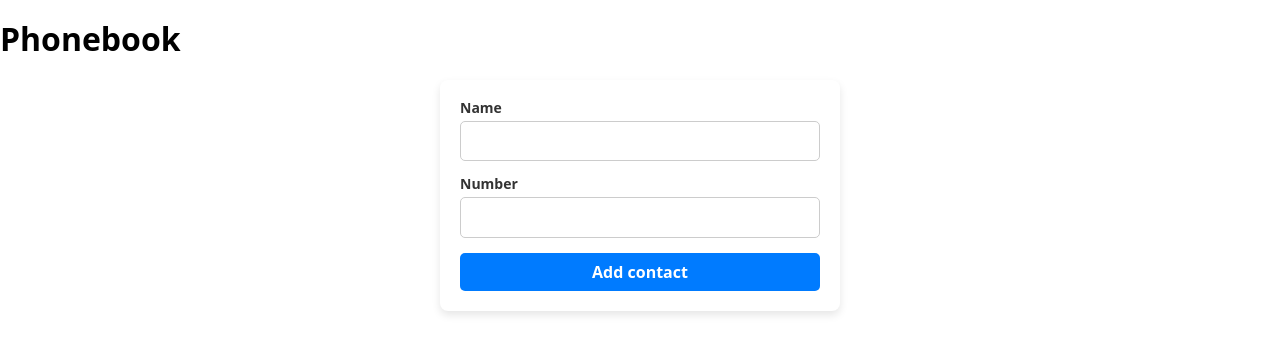
Repository: Evgeniya-Tishakova/goit-react-hw-03
Page: /
The author's editor kept a copy of each file at every save. The page is drawn from the files as they stood at one save, then again after the next save.
The browser window is 1280 px wide. The pictures show the whole page.
The project was rebuilt for these pictures with package versions that can differ from the ones it lists, and the page was loaded fresh each time. Also part of the build but not shown: vite.config.js, src/index.css, src/components/App/App.module.css, src/components/ContactList/ContactList.module.css, src/components/ContactList/ContactList.jsx.

Above is the page before, as saved 2025-03-07 20:58:12.

After the next save:
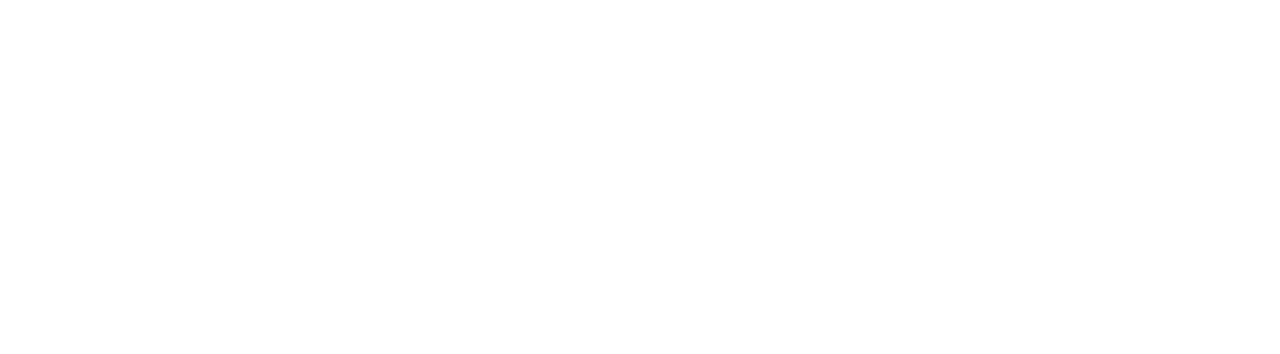
Console error: ReferenceError: nameFieldId is not defined
Saved 19 s later.
--- a/src/components/ContactForm/ContactForm.jsx
+++ b/src/components/ContactForm/ContactForm.jsx
@@ -19,10 +19,6 @@
     name: "",
     number: "",
   };
-
-  const FeedbackForm = () => {};
-  const nameFieldId = useId();
-  const numberFieldId = useId();
 
   const handleSubmit = (values, actions) => {
     actions.resetForm();

After the save that followed:
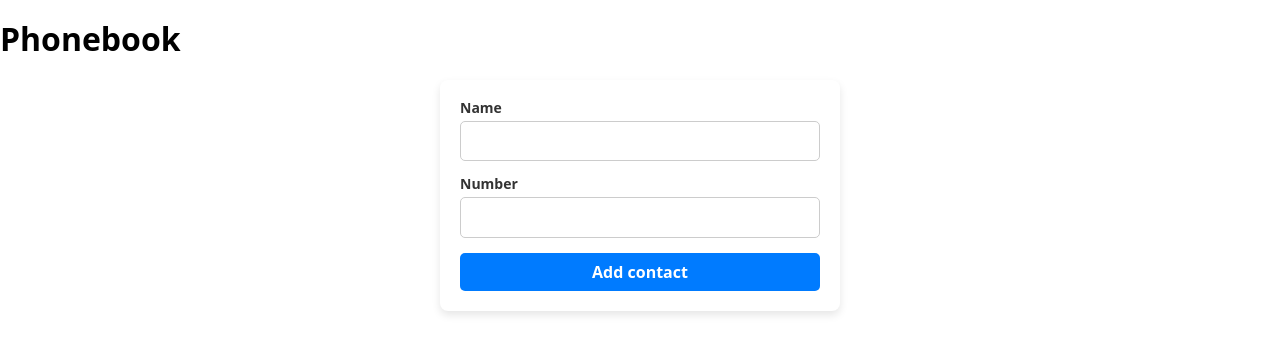
The error is gone.
Saved 10 s later.
--- a/src/components/ContactForm/ContactForm.jsx
+++ b/src/components/ContactForm/ContactForm.jsx
@@ -19,6 +19,10 @@
     name: "",
     number: "",
   };
+
+  const FeedbackForm = () => {};
+  const nameFieldId = useId();
+  const numberFieldId = useId();
 
   const handleSubmit = (values, actions) => {
     actions.resetForm();
